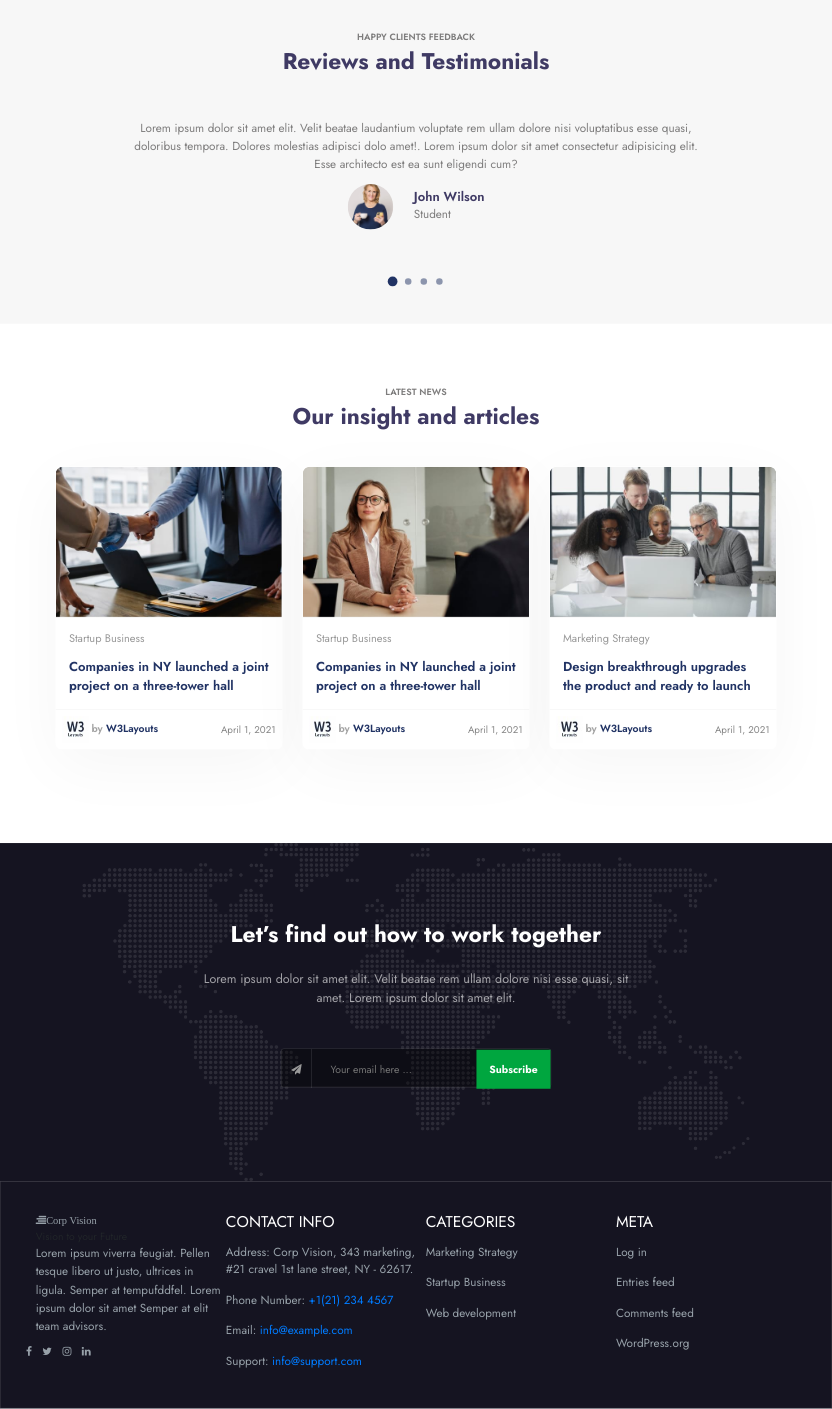
Repository: khaipnp/corpvision
Page: index.html
An editor plug-in stored every save of this project. The page is shown before and after the next save, followed by the edit.
The browser window is 1280 px wide. The pictures show the whole page, at 65% of full size.

Above is the page before, as saved 2021-07-04 13:29:09.

### index.html
<!DOCTYPE html>
<html lang="en">
  <head>
    <meta charset="UTF-8" />
    <meta http-equiv="X-UA-Compatible" content="IE=edge" />
    <meta name="viewport" content="width=device-width, initial-scale=1.0" />
    <title>Corpvision</title>
    <meta name="description" content="Corpvision Website" />
    <!-- FONT-GOOGLE -->
    <link rel="preconnect" href="https://fonts.gstatic.com" />
    <link
      href="https://fonts.googleapis.com/css2?family=Jost:ital,wght@0,100;0,200;0,300;0,400;0,500;0,600;0,700;0,800;0,900;1,400&display=swap"
      rel="stylesheet"
    />
    <!-- FONT-AWSOME -->
    <link
      rel="stylesheet"
      href="https://cdnjs.cloudflare.com/ajax/libs/font-awesome/5.15.3/css/all.min.css"
      integrity="sha512-iBBXm8fW90+nuLcSKlbmrPcLa0OT92xO1BIsZ+ywDWZCvqsWgccV3gFoRBv0z+8dLJgyAHIhR35VZc2oM/gI1w=="
      crossorigin="anonymous"
      referrerpolicy="no-referrer"
    />
    <link rel="stylesheet" href="./css/font-awesome.min.css" />
    <!-- OWL CAROUSEL -->
    <link
      rel="stylesheet"
      href="https://cdnjs.cloudflare.com/ajax/libs/OwlCarousel2/2.3.4/assets/owl.carousel.min.css"
      integrity="sha512-tS3S5qG0BlhnQROyJXvNjeEM4UpMXHrQfTGmbQ1gKmelCxlSEBUaxhRBj/EFTzpbP4RVSrpEikbmdJobCvhE3g=="
      crossorigin="anonymous"
      referrerpolicy="no-referrer"
    />
    <link
      rel="stylesheet"
      href="https://cdnjs.cloudflare.com/ajax/libs/OwlCarousel2/2.3.4/assets/owl.theme.default.css"
      integrity="sha512-OTcub78R3msOCtY3Tc6FzeDJ8N9qvQn1Ph49ou13xgA9VsH9+LRxoFU6EqLhW4+PKRfU+/HReXmSZXHEkpYoOA=="
      crossorigin="anonymous"
      referrerpolicy="no-referrer"
    />
    <!-- BOOTSTRAP -->
    <link
      rel="stylesheet"
      href="https://cdn.jsdelivr.net/npm/bootstrap@4.6.0/dist/css/bootstrap.min.css"
      integrity="sha384-B0vP5xmATw1+K9KRQjQERJvTumQW0nPEzvF6L/Z6nronJ3oUOFUFpCjEUQouq2+l"
      crossorigin="anonymous"
    />
    <!-- MAIN CSS -->
    <link rel="stylesheet" href="./css/main.css" />
  </head>
  <body>
    <header></header>
    <section class="feedback">
      <div class="feedback__content py-5">
        <div class="container">
          <h5 class="small-title col-12 text-center">Happy clients Feedback</h5>
          <h3 class="big-title col-12 text-center">Reviews and Testimonials</h3>
          <div class="testimonials owl-carousel owl-theme">
            <div class="testimonials__item">
              <p class="text-center col-12">
                Lorem ipsum dolor sit amet elit. Velit beatae laudantium
                voluptate rem ullam dolore nisi voluptatibus esse quasi,
                doloribus tempora. Dolores molestias adipisci dolo amet!. Lorem
                ipsum dolor sit amet consectetur adipisicing elit. Esse
                architecto est ea sunt eligendi cum?
              </p>
              <div
                class="
                  testimonials__desc
                  row
                  align-items-center
                  justify-content-center
                "
              >
                <div class="avatar mr-3">
                  <img src="./img/team1.jpg" alt="team 1" />
                </div>
                <div class="name ml-3">
                  <h3>John Wilson</h3>
                  <p>Student</p>
                </div>
              </div>
            </div>
            <div class="testimonials__item">
              <p class="text-center col-12">
                Lorem ipsum dolor sit amet elit. Velit beatae laudantium
                voluptate rem ullam dolore nisi voluptatibus esse quasi,
                doloribus tempora. Dolores molestias adipisci dolo amet!. Lorem
                ipsum dolor sit amet consectetur adipisicing elit. Esse
                architecto est ea sunt eligendi cum?
              </p>
              <div
                class="
                  testimonials__desc
                  row
                  align-items-center
                  justify-content-center
                "
              >
                <div class="avatar mr-3">
                  <img src="./img/team2.jpg" alt="team 2" />
                </div>
                <div class="name ml-3">
                  <h3>Julia Sakura</h3>
                  <p>Student</p>
                </div>
              </div>
            </div>
            <div class="testimonials__item">
              <p class="text-center col-12">
                Lorem ipsum dolor sit amet elit. Velit beatae laudantium
                voluptate rem ullam dolore nisi voluptatibus esse quasi,
                doloribus tempora. Dolores molestias adipisci dolo amet!. Lorem
                ipsum dolor sit amet consectetur adipisicing elit. Esse
                architecto est ea sunt eligendi cum?
              </p>
              <div
                class="
                  testimonials__desc
                  row
                  align-items-center
                  justify-content-center
                "
              >
                <div class="avatar mr-3">
                  <img src="./img/team3.jpg" alt="team 3" />
                </div>
                <div class="name ml-3">
                  <h3>Roy Linderson</h3>
                  <p>Student</p>
                </div>
              </div>
            </div>
            <div class="testimonials__item">
              <p class="text-center col-12">
                Lorem ipsum dolor sit amet elit. Velit beatae laudantium
                voluptate rem ullam dolore nisi voluptatibus esse quasi,
                doloribus tempora. Dolores molestias adipisci dolo amet!. Lorem
                ipsum dolor sit amet consectetur adipisicing elit. Esse
                architecto est ea sunt eligendi cum?
              </p>
              <div
                class="
                  testimonials__desc
                  row
                  align-items-center
                  justify-content-center
                "
              >
                <div class="avatar mr-3">
                  <img src="./img/team4.jpg" alt="team 4" />
                </div>
                <div class="name ml-3">
                  <h3>Smith Johnson</h3>
                  <p>Student</p>
                </div>
              </div>
            </div>
          </div>
        </div>
      </div>
    </section>
    <section class="news py-5">
      <div class="news__content py-5">
        <div class="container">
          <h5 class="small-title col-12 text-center">LATEST NEWS</h5>
          <h3 class="big-title col-12 text-center">Our insight and articles</h3>
          <div class="row py-5">
            <div class="news__item col-md-6 col-lg-4">
              <div class="news__card">
                <div class="card__thumbnail p-0 position-relative">
                  <img src="./img/blog1.jpg" alt="blog 1" />
                </div>
                <div class="card__content">
                  <p>Startup Business</p>
                  <a href="#">Companies in NY launched a joint project on a three-tower
                    hall</a>
                </div>
                <div class="card__footer">
                  <span><img src="./img/icon.jpeg" alt="" /> by <a href="#">W3Layouts</a></span>
                  <p>April 1, 2021</p>
                </div>
              </div>
            </div>
            <div class="news__item col-md-6 col-lg-4">
              <div class="news__card">
                <div class="card__thumbnail p-0 position-relative">
                  <img src="./img/blog2.jpg" alt="blog 1" />
                </div>
                <div class="card__content">
                  <p>Startup Business</p>
                  <a href="#">Companies in NY launched a joint project on a three-tower
                    hall</a>
                </div>
                <div class="card__footer">
                  <span><img src="./img/icon.jpeg" alt="" /> by <a href="#">W3Layouts</a></span>
                  <p>April 1, 2021</p>
                </div>
              </div>
            </div>
            <div class="news__item col-md-6 col-lg-4">
              <div class="news__card">
                <div class="card__thumbnail p-0 position-relative">
                  <img src="./img/blog3.jpg" alt="blog 1" />
                </div>
                <div class="card__content">
                  <p>Marketing Strategy</p>
                  <a href="#">Design breakthrough upgrades the product and ready to launch</a>
                </div>
                <div class="card__footer">
                  <span><img src="./img/icon.jpeg" alt="" /> by <a href="#">W3Layouts</a></span>
                  <p>April 1, 2021</p>
                </div>
              </div>
            </div>
          </div>
        </div>
      </div>
    </section>
    <div class="subscribe py-5">
      <div class="container">
        <div class="sub__box my-5 mx-auto align-items-center justify-content-center">
          <h3 class="big-title py-4 col-12 text-center">Let’s find out how to work together<h3>
          <p class="col-12 text-center">Lorem ipsum dolor sit amet elit. Velit beatae rem ullam dolore nisi esse quasi, sit amet. Lorem ipsum dolor sit amet elit.</p>
          <div class="input__email justify-content-center py-5">
            <form>
              <i class="fa fa-paper-plane"></i>
              <input type="email" placeholder="Your email here ...">
              <button>Subscribe</button>
            </form>
          </div>
        </div>
      </div>
    </div>
    <footer>
      <div class="footer__info container py-5 px-0">
        <div class="row">
          <div class="footer__content col-md-3 col-sm-12 px-0">
            <i class="fa fa-align-right">Corp Vision</i>
            <div class="slogan">Vision to your Future</div>
            <p>Lorem ipsum viverra feugiat. Pellen tesque libero ut justo, ultrices in ligula. Semper at tempufddfel. Lorem ipsum dolor sit amet Semper at elit team advisors.</p>
            <div class="social__network row justify-content-start">
              <i class="fa fa-facebook"></i>
              <i class="fa fa-twitter pl-3"></i>
              <i class="fa fa-instagram pl-3"></i>
              <i class="fa fa-linkedin pl-3"></i>
            </div>
          </div>
          <div class="footer__content col-md-3 col-sm-12 px-0">
            <h4>CONTACT INFO</h4>
            <ul class="list-group list-group-flush">
              <li class="list-group-item">Address: Corp Vision, 343 marketing, #21 cravel 1st lane street, NY - 62617.</li>
              <li class="list-group-item">Phone Number: <a href="tel:+1212344567">+1(21) 234 4567</a></li>
              <li class="list-group-item">Email: <a href="mailto:">info@example.com</a></li>
              <li class="list-group-item">Support: <a href="mailto:">info@support.com</a></li>
            </ul>
          </div>
          <div class="footer__content col-sm-6 col-md-3">
            <h4>CATEGORIES</h4>
            <ul class="list-group list-group-flush">
              <li class="list-group-item">Marketing Strategy</li>
              <li class="list-group-item">Startup Business</li>
              <li class="list-group-item">Web development</li>
            </ul>
          </div>
          <div class="footer__content col-sm-6 col-md-3">
            <h4>META</h4>
            <ul class="list-group list-group-flush">
              <li class="list-group-item">Log in</li>
              <li class="list-group-item">Entries feed</li>
              <li class="list-group-item">Comments feed</li>
              <li class="list-group-item">WordPress.org</li>
            </ul>
          </div>
        </div>
      </div>
    </footer>
    <!-- SCRIPT -->
    <!-- BOOTSTRAP -->
    <script
      src="https://cdnjs.cloudflare.com/ajax/libs/jquery/3.6.0/jquery.js"
      integrity="sha512-n/4gHW3atM3QqRcbCn6ewmpxcLAHGaDjpEBu4xZd47N0W2oQ+6q7oc3PXstrJYXcbNU1OHdQ1T7pAP+gi5Yu8g=="
      crossorigin="anonymous"
      referrerpolicy="no-referrer"
    ></script>
    <script
      src="https://cdn.jsdelivr.net/npm/bootstrap@4.6.0/dist/js/bootstrap.bundle.min.js"
      integrity="sha384-Piv4xVNRyMGpqkS2by6br4gNJ7DXjqk09RmUpJ8jgGtD7zP9yug3goQfGII0yAns"
      crossorigin="anonymous"
    ></script>
    <!-- OWL CAROUSEL -->
    <script src="./js/owl.carousel.min.js"></script>
    <script>
      $(document).ready(function () {
        $(".owl-carousel").owlCarousel({
          navigation: false,
          slideSpeed: 300,
          paginationSpeed: 400,
          singleItem: true,
          items: 1,
          // itemsDesktop : false,
          // itemsDesktopSmall : false,
          // itemsTablet: false,
          // itemsMobile : false
        });
      });
    </script>
  </body>
</html>

### css/main.css
* {
  padding: 0;
  margin: 0;
  box-sizing: border-box;
}

html,
body {
  font-family: "Jost", sans-serif;
  background: #fff;
}

.small-title {
  color: #7e7d7d;
  font-size: 14px;
  font-weight: 600;
  text-transform: uppercase;
}

.big-title {
  color: #3f3a64;
  font-size: 35px;
  font-weight: 700;
}

/* FEEDBACK */
.feedback {
  background-color: #f7f7f7;
}

.testimonials__item {
  margin: 60px auto;
  display: block;
  max-width: 900px;
  height: auto;
}

.testimonials__item p {
  color: #7e7d7d;
  font-size: 18px;
  line-height: 28px;
}

.testimonials__desc .avatar {
  width: 70px;
  height: 70px;
  overflow: hidden;
  border-radius: 50%;
}

.testimonials__desc .avatar img {
  width: 100%;
  height: 100%;
  object-fit: cover;
}

.name h3 {
  font-size: 20px;
  margin: 0;
  font-weight: 600;
  color: #3f3a64;
}
.name p {
  font-style: normal;
  margin-bottom: 0;
}

.owl-theme .owl-dots .owl-dot.active span,
.owl-theme .owl-dots .owl-dot span {
  background: rgba(33, 51, 100, 0.5);
  transform: scale(1);
  transition: all 0.5s;
}

.owl-theme .owl-dots .owl-dot.active span,
.owl-theme .owl-dots .owl-dot:hover span {
  background: #213364 !important;
  transform: scale(1.5);
}

/* NEWS */
.news__card {
  background-color: #fff;
  box-shadow: 0 25px 98px 0 rgb(0 0 0 / 4%);
  border: 1px solid transparent;
  border-radius: 10px;
}

.card__thumbnail {
  overflow: hidden;
  border-radius: 10px 10px 0 0;
}

.card__thumbnail img {
  width: 100%;
  border-radius: 10px 10px 0 0;
  object-fit: cover;
  cursor: pointer;
  transition: all 0.5s;
}

.card__thumbnail img:hover {
  transform: scale(1.15);
}

.card__content {
  padding: 20px;
}

.card__content p {
  color: #999;
  font-size: 17px;
  font-weight: 400;
}

.card__content a {
  text-decoration: none;
  color: #213364;
  font-size: 20px;
  font-weight: 600;
  transition: all 0.5s;
  cursor: pointer;
}

.card__content a:hover {
  color: #00a63f;
}

.card__footer {
  display: flex;
  justify-content: space-between;
  align-items: center;
  border-top: 1px solid rgba(126, 125, 125, 0.1);
  padding: 10px;
}

.card__footer a {
  color: #213364;
  font-size: 1rem;
  font-weight: 600;
  cursor: pointer;
  transition: all 0.5s;
  text-decoration: none;
}

.card__footer a:hover {
  color: #00a63f;
}

.card__footer img {
  cursor: pointer;
}

.card__footer span {
  color: rgb(102, 102, 102, 0.6);
  font-weight: 600;
}

.card__footer p {
  margin-bottom: 0;
  font-size: 15px;
  color: rgb(102, 102, 102, 0.8);
}

/* SUBCRIBE */
.subscribe {
  background-image: url(../img/map.png);
  background-color: #151421;
  background-size: contain;
  background-repeat: no-repeat;
  background-position: center;
}

.sub__box {
  max-width: 700px;
}

.sub__box .big-title {
  color: #fff;
}

.sub__box p {
  font-size: 1.2rem;
  color: rgba(255, 255, 255, 0.6);
  line-height: 1.5;
  font-weight: 400;
}

.input__email {
  display: flex;
}

.input__email form {
  border: 1px solid rgb(255, 255, 255, 0.15);
  border-radius: 5px;
  height: 60px;
  background: rgb(0, 0, 0, 0.35);
  max-width: 550px;
}

.input__email input {
  color: #999;
  padding: 20px 20px;
  border: none;
  font-size: 1rem;
  outline: none;
  background: none;
}

.input__email button {
  background-color: #00a63f;
  color: #fff;
  height: 60px;
  padding: 0 20px;
  border: none;
  font-size: 1rem;
  font-weight: 700;
  line-height: 60px;
  text-align: center;
}

.input__email i {
  text-align: center;
  color: #999;
  font-size: 1rem;
  border-right: 1px solid rgb(255, 255, 255, 0.15);
  line-height: 60px;
  padding: 0 15px;
}

/* FOOTER */

footer {
  background-color: #151421;
  border: 1px solid rgb(255, 255, 255, 0.15);
}

.footer__content p {
  color: #97a1a9;
  font-size: 18px;
  line-height: 28px;
}

.footer__content a {
  text-decoration: none !important;
}

.footer__content i {
  color: #97a1a9;
}

.footer__content h4 {
  color: #fefefe;
  font-weight: normal;
}

.footer__content .list-group-item {
  background-color: transparent !important;
  color: #97a1a9;
  border: none !important;
  font-size: 18px;
  padding: 10px 0 !important;
}

Loaded but not shown: css/font-awesome.min.css (library); js/owl.carousel.min.js (library)

After the next save:
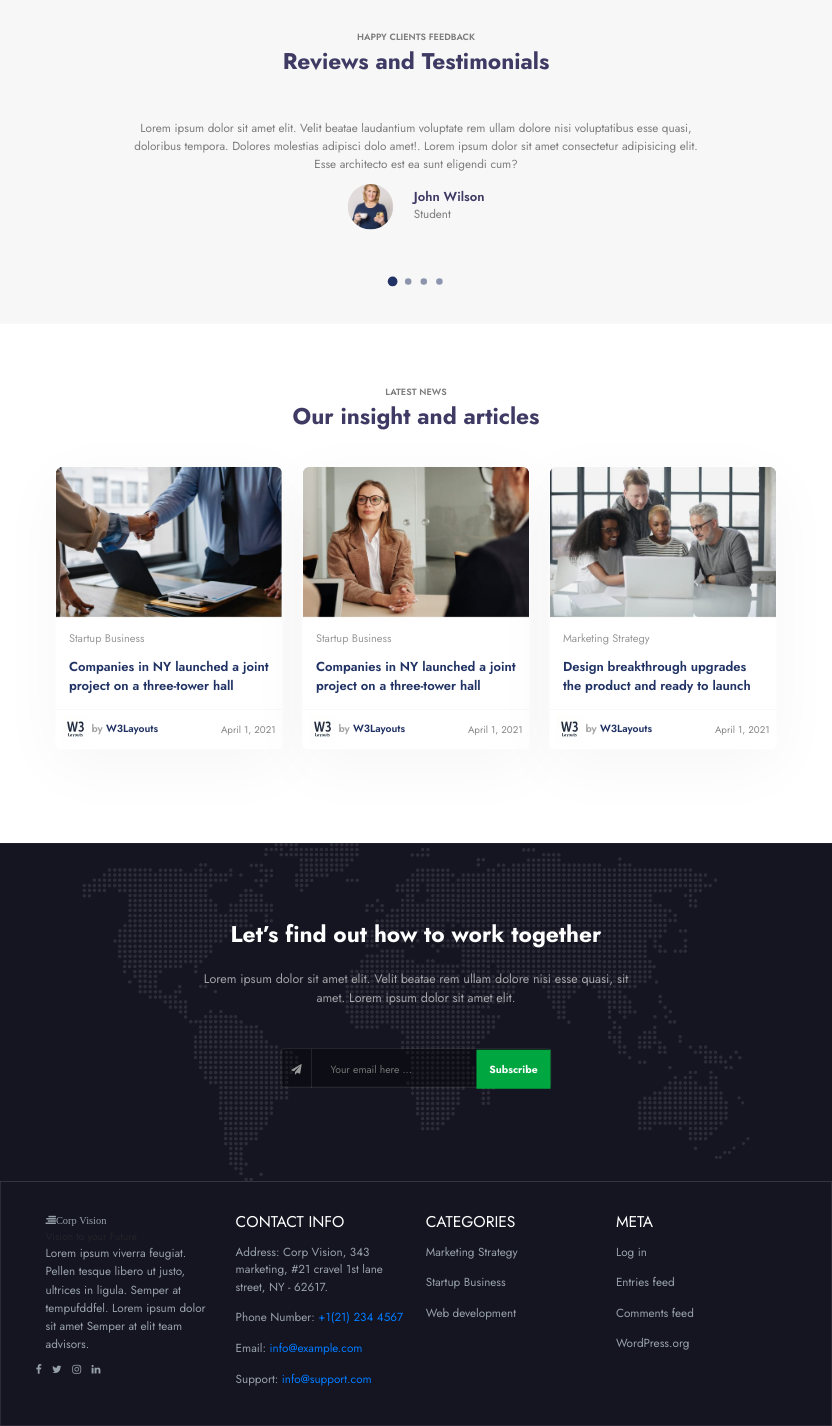
Saved 15 s later.
--- a/index.html
+++ b/index.html
@@ -233,7 +233,7 @@
     <footer>
       <div class="footer__info container py-5 px-0">
         <div class="row">
-          <div class="footer__content col-md-3 col-sm-12 px-0">
+          <div class="footer__content col-md-3 col-sm-12">
             <i class="fa fa-align-right">Corp Vision</i>
             <div class="slogan">Vision to your Future</div>
             <p>Lorem ipsum viverra feugiat. Pellen tesque libero ut justo, ultrices in ligula. Semper at tempufddfel. Lorem ipsum dolor sit amet Semper at elit team advisors.</p>
@@ -244,7 +244,7 @@
               <i class="fa fa-linkedin pl-3"></i>
             </div>
           </div>
-          <div class="footer__content col-md-3 col-sm-12 px-0">
+          <div class="footer__content col-md-3 col-sm-12">
             <h4>CONTACT INFO</h4>
             <ul class="list-group list-group-flush">
               <li class="list-group-item">Address: Corp Vision, 343 marketing, #21 cravel 1st lane street, NY - 62617.</li>
